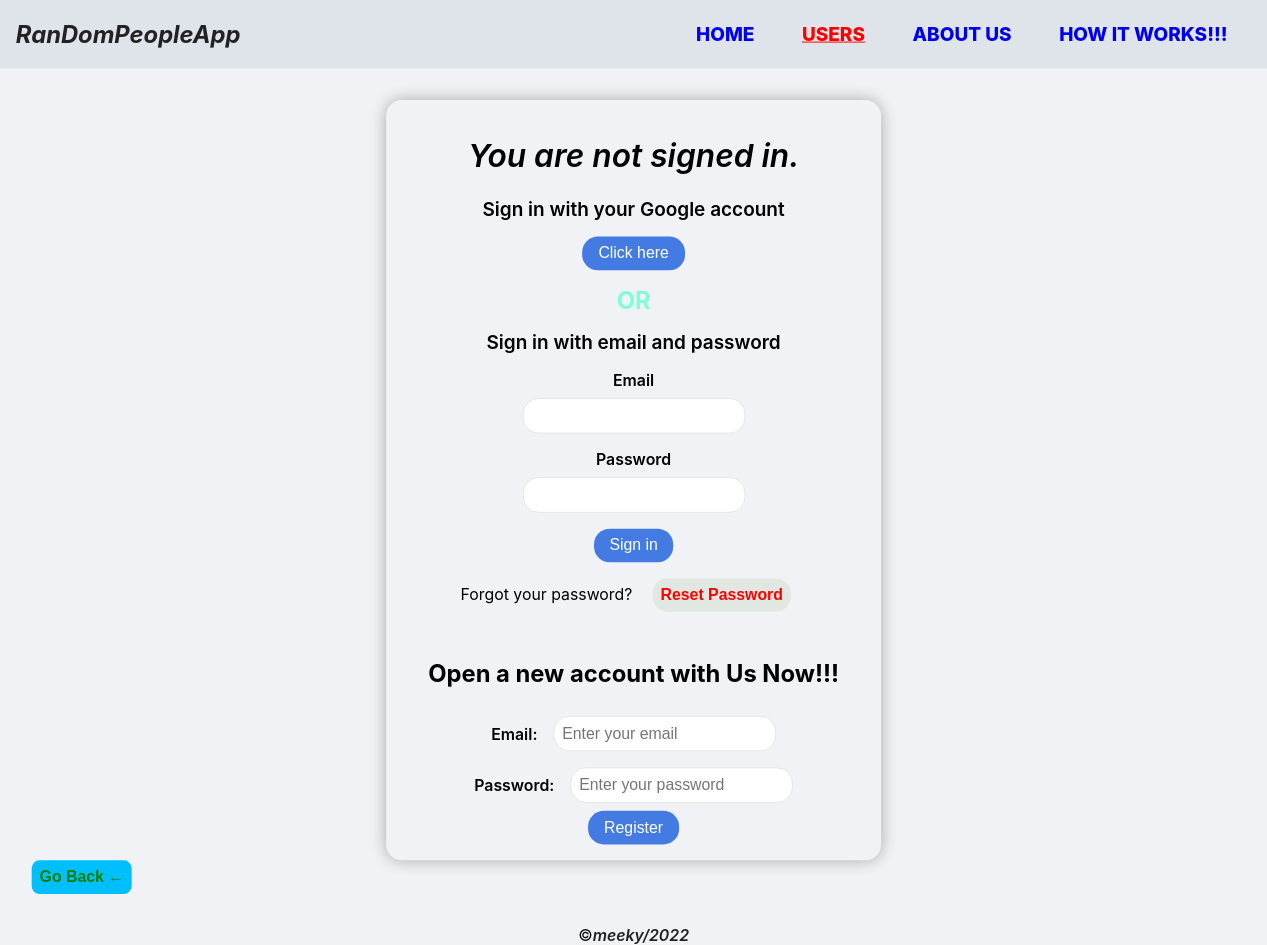
Repository: MikkyPrestige/RandomProfiles
Page: /profile
An editor plug-in stored every save of this project. The page is shown before and after the next save, followed by the edit.
The browser window is 1280 px wide. The pictures show the whole page, at 99% of full size.
The page's requests for data from a server got no answer. The project was rebuilt for these pictures with package versions that can differ from the ones it lists, and the page was loaded fresh each time. Some packages were replaced by stand-ins written for this rebuild. No one was signed in, and anything a server would have sent is missing. Also part of the build but not shown: src/assets/styles/home.css, src/components/home.jsx, src/components/users.jsx, src/assets/styles/search.css, src/components/search.jsx, src/assets/styles/help.css, src/components/help.jsx, src/assets/styles/about.css and 8 more.

Above is the page before, as saved 2022-12-06 01:42:48.

### public/index.html
<!DOCTYPE html>
<html lang="en">

<head>
  <meta charset="utf-8" />
  <link rel="icon" href="%PUBLIC_URL%/favicon.ico" />
  <meta name="viewport" content="width=device-width, initial-scale=1" />
  <meta name="theme-color" content="#000000" />
  <meta name="description" content="Web site created using create-react-app" />
  <link rel="apple-touch-icon" href="%PUBLIC_URL%/logo192.png" />
  <!--
      manifest.json provides metadata used when your web app is installed on a
      user's mobile device or desktop. See https://developers.google.com/web/fundamentals/web-app-manifest/
    -->
  <link rel="manifest" href="%PUBLIC_URL%/manifest.json" />
  <!--
      Notice the use of %PUBLIC_URL% in the tags above.
      It will be replaced with the URL of the `public` folder during the build.
      Only files inside the `public` folder can be referenced from the HTML.

      Unlike "/favicon.ico" or "favicon.ico", "%PUBLIC_URL%/favicon.ico" will
      work correctly both with client-side routing and a non-root public URL.
      Learn how to configure a non-root public URL by running `npm run build`.
    -->
  <title>AltSchool Assignment 2</title>
</head>

<body>
  <noscript>You need to enable JavaScript to run this app.</noscript>
  <div id="root"></div>
  <!--
      This HTML file is a template.
      If you open it directly in the browser, you will see an empty page.

      You can add webfonts, meta tags, or analytics to this file.
      The build step will place the bundled scripts into the <body> tag.

      To begin the development, run `npm start` or `yarn start`.
      To create a production bundle, use `npm run build` or `yarn build`.
    -->
</body>

</html>

### src/index.css
body {
  margin: 0;
  font-family: -apple-system, BlinkMacSystemFont, 'Segoe UI', 'Roboto', 'Oxygen',
    'Ubuntu', 'Cantarell', 'Fira Sans', 'Droid Sans', 'Helvetica Neue',
    sans-serif;
  -webkit-font-smoothing: antialiased;
  -moz-osx-font-smoothing: grayscale;
  background-color: #f1f2f6;
}

code {
  font-family: source-code-pro, Menlo, Monaco, Consolas, 'Courier New',
    monospace;
}

### src/App.jsx
import * as React from "react";
import { ErrorBoundary } from "react-error-boundary";
import { Route, Routes } from "react-router-dom";
import {
  Layout,
  Home,
  Users,
  Search,
  Help,
  About,
  Error,
  ErrorFallBack,
  Profile,
  ProfileDisplay,
  Register,
  UpdatePassword,
  Footer,
} from "./components";

const App = () => {
  return (
    <div className="App">
      <main>
        <ErrorBoundary FallbackComponent={ErrorFallBack}>
          <Layout />
          <Routes>
            <Route path="/" element={<Home />} />
            <Route path="users">
              <Route index element={<Users />} />
              <Route path=":id" element={<Search />} />
            </Route>
            <Route path="profile" element={<Profile />} />
            <Route path="profileDisplay" element={<ProfileDisplay />} />
            <Route path="register" element={<Register />} />
            <Route path="update" element={<UpdatePassword />} />
            <Route path="help" element={<Help />} />
            <Route path="about" element={<About />} />
            <Route path="*" element={<Error />} />
          </Routes>
        </ErrorBoundary>
        <Footer />
      </main>
    </div>
  );
};

export default App;

### src/components/index.js
export {  Layout, Back } from "./layout";
export { default as Home } from "./home";
export { default as Users } from "./users";
export { default as Search } from "./search";
export { default as Help } from "./help";
export { default as About } from "./about";
export { default as Error } from "./error";
export { default as ErrorFallBack } from "./errorFallback";
export { default as Profile } from "./profile";
export { default as ProfileDisplay } from "./profileDisplay";
export { default as Register } from "./register";
export { default as UpdatePassword } from "./update";
export { Footer } from "./avatar";

### src/components/layout.jsx
// LAYOUT COMPONENT - This component is for the App Layout that displays the Navigation bar in the app UI to the user when app is open

import { useState } from "react";
import { NavLink } from "react-router-dom";
import "../assets/styles/layout.css";

const CustomNavLink = ({ to, ...props }) => {
  let activeStyle = {
    textDecoration: "underline",
    color: "red",
  };

  return (
    <NavLink
      style={({ isActive }) =>
        isActive ? activeStyle : { textDecoration: "none" }
      }
      to={to}
      end
      {...props}
    />
  );
};

const Layout = () => {
  return (
    <nav className="layout">
      <div className="app-header">
        <h1>RanDomPeopleApp</h1>
      </div>
      <div className="nav__items">
        <CustomNavLink to="/" className="nav__item">
          Home
        </CustomNavLink>
        <CustomNavLink to="profile" className="nav__item">
          Users
        </CustomNavLink>
        <CustomNavLink to="about" className="nav__item">
          About us
        </CustomNavLink>
        <CustomNavLink to="help" className="nav__item">
          How it works!!!
        </CustomNavLink>
      </div>
    </nav>
  );
};

//  Navigate back home button
const Back = () => {
  const [isHover, setIsHover] = useState(false);

  const handleMouseEnter = () => {
    setIsHover(true);
  };

  const handleMouseLeave = () => {
    setIsHover(false);
  };

  const style = {
    border: "none",
    borderRadius: ".5rem",
    padding: " .5rem",
    fontSize: "1rem",
    fontWeight: "600",
    cursor: "pointer",
    backgroundColor: isHover ? "lightblue" : "rgb(0, 191, 255)",
    color: isHover ? "#f00" : "green",
  };

  return (
    <NavLink to="/" className="back__button">
      <button
        style={style}
        onMouseEnter={handleMouseEnter}
        onMouseLeave={handleMouseLeave}
      >
        Go Back ←{" "}
      </button>
    </NavLink>
  );
};

export { Layout, Back };

### src/components/profile.jsx
import {
  signInWithRedirect,
  auth,
  provider,
  getRedirectResult,
  onAuthStateChanged,
  createUserWithEmailAndPassword,
  // RecaptchaVerifier,
  // signInWithPhoneNumber,
  signInWithEmailAndPassword,
  sendPasswordResetEmail,
} from "../config";
import { useEffect, useState } from "react";
import { useNavigate } from "react-router-dom";
import "../assets/styles/profile.css";
import { Back } from "./layout";

const Profile = () => {
  const [user, setUser] = useState(null);
  const [signedIn, setSignedIn] = useState(false);
  // sign in form state
  const [email, setEmail] = useState("");
  const [password, setPassword] = useState("");
  const [error, setError] = useState(null);
  // Register form state
  const [registerEmail, setRegisterEmail] = useState("");
  const [registerPassword, setRegisterPassword] = useState("");
  const [registerError, setRegisterError] = useState(null);
  const [loading, setLoading] = useState(false);

  const navigate = useNavigate();

  // handle register form
  const handleRegister = (e) => {
    e.preventDefault();
    createUserWithEmailAndPassword(auth, registerEmail, registerPassword)
      .then(() => {
        // Signed in
        console.log("User account created & signed in!");
      })
      .catch((registerError) => {
        if (registerError.code === "auth/email-already-in-use") {
          setRegisterError("This email address is already in use!");
        }
        if (registerError.code === "auth/invalid-email") {
          setRegisterError("This email address is invalid!");
        }
        if (registerError.code === "auth/weak-password") {
          setRegisterError("Password should be at least 6 characters");
        }
        console.error(registerError);
      });
  };

  // sign in with email and password
  const handleSignIn = (e) => {
    e.preventDefault();
    signInWithEmailAndPassword(auth, email, password)
      .then(() => {
        console.log("User signed in!");
      })
      .catch((error) => {
        if (error.code === "auth/wrong-password") {
          setError("Wrong password!");
        }
        if (error.code === "auth/user-not-found") {
          setError("User not found!");
        }
        console.error(error);
      });
  };

  // handle sign In
  const signIn = (e) => {
    e.preventDefault();
    signInWithRedirect(auth, provider);
  };

  // Send a password reset email
  const handlePasswordReset = (e) => {
    e.preventDefault();
    sendPasswordResetEmail(auth, email)
      .then(() => {
        // console.log("Password reset email sent!");
        alert("Password reset email sent!");
      })
      .catch((error) => {
        const errorCode = error.code;
        const errorMessage = error.message;
        // console.error(errorMessage, errorCode);
        alert(errorMessage, errorCode);
      });
  };

  // Get redirect result
  useEffect(() => {
    getRedirectResult(auth)
      .then((result) => {
        if (result) {
          setSignedIn(true);
          setLoading(false)
        } else {
          console.log("No user");
        }
      })
      .catch((error) => {
        console.log(error);
        setLoading(false)
      });
  }, [navigate]);

  // Check auth state
  useEffect(() => {
    onAuthStateChanged(auth, (user) => {
      if (user) {
        navigate("/users");
      } else {
        setUser(null);
      }
    });
  }, [navigate]);

  return (
    <div className="profile">
      <div className="profile__container">
        <div className="profile__desc">
          <div className="profile__user">
            <div className="sign__wrapper">
              <h1 className="profile__title">You are not signed in.</h1>
              <h2 className="sign__heading">
                Sign in with your Google account
              </h2>
              <button onClick={signIn} className="sign__btn">
                Click here
              </button>
              <p className="or">OR</p>
              <h2 className="sign__heading">Sign in with email and password</h2>
              <form onSubmit={handleSignIn} className="sign__form">
                <label htmlFor="email" className="sign__label">
                  Email
                </label>
                <input
                  type="email"
                  name="email"
                  id="email"
                  value={email}
                  onChange={(e) => setEmail(e.target.value)}
                  className="sign__input"
                />
                <label htmlFor="password" className="sign__label">
                  Password
                </label>
                <input
                  type="password"
                  name="password"
                  id="password"
                  value={password}
                  onChange={(e) => setPassword(e.target.value)}
                  className="sign__input"
                />
                {error && <p className="error">{error}</p>}
                <button type="submit" className="sign__btn">
                  Sign in
                </button>
              </form>
              <div>
                <span>Forgot your password? </span>
                <button onClick={handlePasswordReset} className="btn">
                  Reset Password
                </button>
              </div>
            </div>
            <div className="register__container">
              <h2 className="register__title">
                Open a new account with Us Now!!!
              </h2>
              <form onSubmit={handleRegister} className="register__form">
                <div className="register__group">
                  <label htmlFor="email" className="register__label">
                    Email:
                  </label>
                  <input
                    type="email"
                    name="email"
                    value={registerEmail}
                    placeholder="Enter your email"
                    onChange={(e) => setRegisterEmail(e.target.value)}
                    className="register__input"
                  />
                </div>
                <div className="register__group">
                  <label htmlFor="password" className="register__label">
                    Password:
                  </label>
                  <input
                    type="password"
                    name="password"
                    placeholder="Enter your password"
                    value={registerPassword}
                    onChange={(e) => setRegisterPassword(e.target.value)}
                    className="register__input"
                  />
                </div>
                {registerError && <p className="error">{registerError}</p>}
                <button type="submit" className="sign__btn">
                  Register
                </button>
              </form>
            </div>
          </div>
        </div>
      </div>
      <Back />
    </div>
  );
};

export default Profile;

### src/components/avatar.jsx
// AVATAR COMPONENT - This component is for the Images used in the app.

import "../assets/styles/layout.css";

export const Avatar = ({ image = "", alt = "", style = {} }) => {
  return (
    <div className="avatar">
      <img src={image} alt={alt} style={style} />
    </div>
  );
};

// FOOTER COMPONENT - for the attribution

export const Footer = () => {
  return (
    <div className="attribution">
      <footer>
        &copy;
        <a
          href="https://github.com/MeekyBerry"
          target="_blank"
          rel="noreferrer"
          className="footer"
        >
          meeky/2022
        </a>
      </footer>
    </div>
  );
};

### src/assets/styles/layout.css
.layout {
  background-color: #dfe4ea;
  padding: 0rem 1rem;
  color: #222;
  display: flex;
  align-items: center;
  justify-content: space-between;
}

.app-header {
  font-style: italic;
}

.nav__items {
  display: flex;
  align-items: center;
  list-style: none;
  flex-wrap: wrap;
}

.nav__item {
  font-size: 1.2rem;
  font-weight: 800;
  padding: 1rem 1.5rem;
  text-transform: uppercase;
}

.attribution {
  text-align: center;
}

.footer {
  color: #222;
  text-decoration: none;
  cursor: pointer;
  font-style: italic;
  font-weight: 600;
}

### src/assets/styles/users.css
.users {
  background-color: #fff;
  border: 1px solid #ccc;
  border-radius: 0.5rem;
  padding: 1rem;
  margin: 1rem;
}

.users__heading {
  text-align: center;
  text-transform: uppercase;
  font-size: 1.5rem;
  font-weight: bold;
  margin-bottom: 1rem;
}

/* TOP BUTTON  */
.top__btn {
  display: flex;
  justify-content: space-between;
  align-items: center;
  margin-bottom: 1rem;
}

.cta {
  background-color: #fff;
  border: 1px solid #ccc;
  border-radius: 1rem;
  padding: 0.5rem;
  margin: 1rem;
  font-size: 1rem;
  font-weight: bold;
  cursor: pointer;
}

.page__num {
  background-color: #7fffd4;
  color: #fff;
  border: none;
  border-radius: 50%;
  padding: 0.5rem;
  font-size: 1.5rem;
  font-weight: bold;
  cursor: pointer;
}

.users__list {
  list-style: none;
  padding: 2rem;
  margin: 1rem auto;
  width: 85%;
  display: grid;
  grid-template-columns: repeat(3, minmax(200px, 1fr));
  grid-gap: 3rem;
}

.user__items {
  padding: 1rem;
  border-bottom: 1px solid #ccc;
}

.user__item {
  background-color: #fff;
  border: 1px solid #ccc;
  border-radius: 0.5rem;
  padding: 1rem;
}

.user__img {
  width: 80%;
  border-radius: 10%;
  margin-left: 1rem;
}

/* BUTTON BELOW */
.bottom__btn {
  display: flex;
  justify-content: center;
  align-items: center;
}

.btn {
  background-color: #1e90ff;
  color: #f1f2f6;
  border: none;
  border-radius: 1rem;
  padding: 0.5rem 1rem;
  margin: 1rem;
  font-size: 1rem;
  font-weight: bold;
  cursor: pointer;
}

.active:hover {
  background-color: #ced6e0;
  color: #1e90ff;
}

.active:active {
  background-color: #70a1ff;
  color: #ced6e0;
}

.btn__array {
  padding: 0.5rem;
  margin: 0.5rem;
  font-size: 1rem;
  font-weight: bold;
  border-radius: 0.5rem;
  border: none;
  cursor: pointer;
}

.pagination {
  text-align: center;
}

.search__box {
  display: flex;
  justify-content: center;
  align-items: center;
}

.search__link {
  background-color: #fff;
  border: 1px solid #ccc;
  color: #1e90ff;
  border-radius: 1rem;
  width: 18rem;
  padding: 0.5rem;
  margin: 1rem;
  font-size: 1rem;
  font-weight: bold;
  cursor: pointer;
  text-align: center;
  text-decoration: none;
  animation: search 1s ease-in-out infinite;
}

.search__link:hover {
  background-color: #1e90ff;
  color: #fff;
  animation: none;
}

.search__link:active {
  background-color: #70a1ff;
  color: #fff;
  animation: none;
}

@keyframes search {
  0% {
    transform: scale(1);
  }

  50% {
    transform: scale(1.2);
  }

  100% {
    transform: scale(1);
  }
}

### src/config/index.js
// Import the functions you need from the SDKs you need
import { initializeApp } from "firebase/app";
import {
  getAuth,
  signInWithRedirect,
  GoogleAuthProvider,
  getRedirectResult,
  onAuthStateChanged,
  createUserWithEmailAndPassword,
  RecaptchaVerifier,
  signInWithPhoneNumber,
  signInWithEmailAndPassword,
  sendPasswordResetEmail,
  updatePassword,
  signOut,
  deleteUser,
} from "firebase/auth";

// web app's Firebase configuration
const firebaseConfig = {
  apiKey: "AIzaSyCfrfw6chi091bWLqJvanxAUTxgJ5XqEu0",
  authDomain: "random-people-app.firebaseapp.com",
  projectId: "random-people-app",
  storageBucket: "random-people-app.appspot.com",
  messagingSenderId: "1097586453252",
  appId: "1:1097586453252:web:4575afe7663a752ae77e51",
};

// Initialize Firebase
const app = initializeApp(firebaseConfig);
// Setup Google auth provider
const provider = new GoogleAuthProvider();

const auth = getAuth();

export {
  app,
  provider,
  auth,
  signInWithRedirect,
  getRedirectResult,
  onAuthStateChanged,
  createUserWithEmailAndPassword,
  RecaptchaVerifier,
  signInWithPhoneNumber,
  signInWithEmailAndPassword,
  sendPasswordResetEmail,
  updatePassword,
  signOut,
  deleteUser,
};

### src/assets/styles/profile.css
.profile {
  padding: 2rem;
  height: 100%;
}

.or {
  font-size: 1.5rem;
  color: #7fffd4;
  font-weight: bold;
  margin: 1rem 0;
}

.profile__container {
  display: flex;
  flex-direction: column;
  align-items: center;
  justify-content: center;
}

.profile__desc {
  text-align: center;
  max-width: 500px;
  width: 100%;
}

.profile__user {
  /* background-color: #fff; */
  /* border: 2px solid #e1e8e1; */
  border-radius: 1rem;
  box-shadow: 0 0 1rem rgba(0, 0, 0, 0.3);
  padding: 1rem 0;
}

.profile__title {
  font-size: 2rem;
  font-weight: 600;
  font-style: oblique;
}

.profile__paragraph {
  margin: 2rem 0;
}

.profile__detail {
  font-size: 1.2rem;
  font-weight: 400;
}

.profile__link {
  font-size: 1.2rem;
  font-weight: 600;
  background-color: #0651dd;
  color: #f1f2f6;
  padding: 0.4rem;
  border-radius: 0.5rem;
  text-decoration: none;
}

.profile__link:hover {
  background-color: #1550bd;
  color: #fff;
  text-decoration: underline;
}

.profile__buttons {
  display: flex;
  flex-direction: column;
  align-items: center;
  gap: .5rem;
}

.btn__wrapper {
  display: flex;
  justify-content: center;
  align-items: center;
  gap: 5rem;
  margin-top: .5rem;
}

.btn__link {
  font-size: 1.3rem;
  font-weight: 600;
  color: green;
  text-decoration: none;
}

.btn__link:hover {
  text-decoration: underline;
}

.btn {
  background-color: #e1e8e1;
  color: red;
  border: none;
  border-radius: 1rem;
  padding: .5rem;
  font-size: 1rem;
  cursor: pointer;
}

.btn:hover {
  background-color: #d1d8d1;
  color: #0651ddbb;
}

.btn:active {
  background-color: #c1c8c1;
  color: #0651ddbb;
}

.sign__btn {
  background-color: #0651ddbb;
  color: #fff;
  border: none;
  border-radius: 1rem;
  padding: .5rem 1rem;
  font-size: 1rem;
  cursor: pointer;
}

.sign__btn:hover {
  background-color: #0651dd;
  color: #fff;
}

.sign__btn:active {
  background-color: #0651dd;
  color: #fff;
}

.sign__heading {
  font-size: 1.2rem;
  font-weight: 600;
  text-align: center;
  margin-bottom: 1rem;
}

.sign__form {
  display: flex;
  flex-direction: column;
  justify-content: center;
  align-items: center;
}

.sign__label {
  font-size: 1rem;
  font-weight: 600;
  margin-bottom: .5rem;
}

.sign__input {
  border: 1px solid #e1e8e1;
  border-radius: 1rem;
  padding: .5rem;
  font-size: 1rem;
  margin-bottom: 1rem;
}

.sign__input:focus {
  outline: none;
}

.register {
  padding: 2rem;
  height: 100%;
}

.register__container {
  margin-top: 2rem;
}

.register__title {
  font-size: 1.5rem;
  font-weight: 700;
  text-align: center;
}

.register__phone {
  font-size: 1.2rem;
  font-weight: 600;
  text-align: center;
  margin-top: 1rem;
}

.register__form {
  display: flex;
  flex-direction: column;
  justify-content: center;
  align-items: center;
}

.register__form--title {
  font-size: 1.2rem;
  font-weight: 600;
}

.register__group {
  display: flex;
  justify-content: center;
  align-items: center;
  gap: 1rem;
  margin: .5rem;
}

.register__label {
  font-size: 1rem;
  font-weight: 600;
}

.register__input {
  border: 1px solid #e1e8e1;
  border-radius: 1rem;
  padding: .5rem;
  font-size: 1rem;
}

.register__input:focus {
  outline: none;
}

.error {
  color: red;
  font-size: 1rem;
  font-weight: 600;
  margin-top: -.5rem;
}

Loaded but not shown: src/index.js (common file)

After the next save:
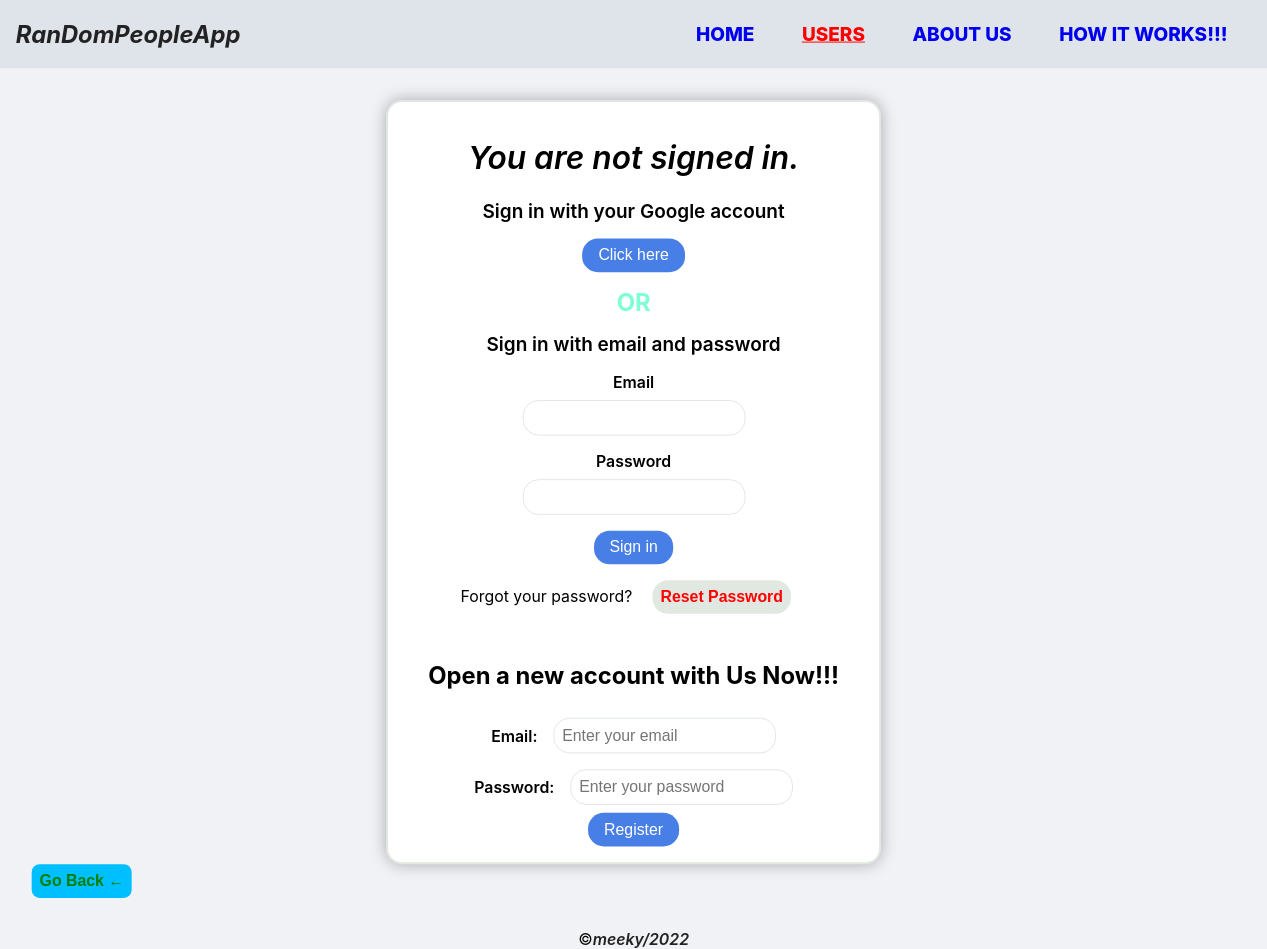
Saved 12 s later.
--- a/src/assets/styles/profile.css
+++ b/src/assets/styles/profile.css
@@ -24,8 +24,8 @@
 }
 
 .profile__user {
-  /* background-color: #fff; */
-  /* border: 2px solid #e1e8e1; */
+  background-color: #fff;
+  border: 2px solid #e1e8e1;
   border-radius: 1rem;
   box-shadow: 0 0 1rem rgba(0, 0, 0, 0.3);
   padding: 1rem 0;
